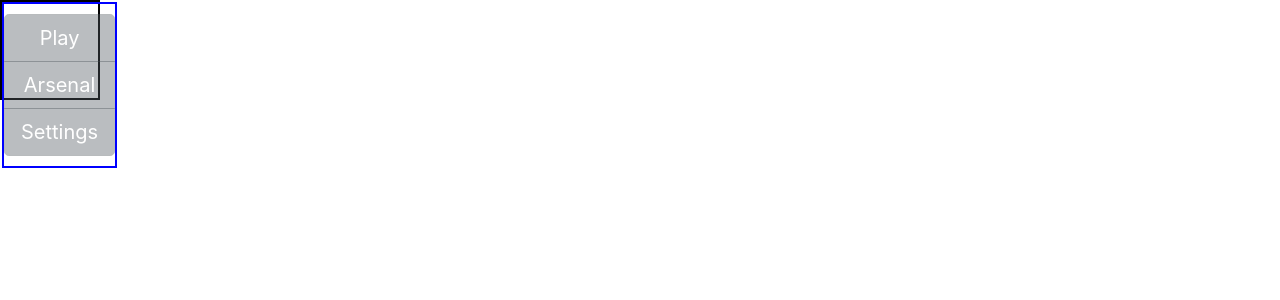
Repository: CoryChesebro/17b-2d-Racer
Page: 2DRacer/workspace/Bootstrap/MainMenu.html
The author's editor kept a record of every edit. The page is drawn from the files as they stood at one moment, then again after the next edit.
The browser window is 1280 px wide. The pictures show the whole page.

Above is the page before.
Console error: TypeError: Cannot read properties of undefined (reading 'fn')

### 2DRacer/workspace/Bootstrap/MainMenu.html
<!DOCTYPE html>

<html lang="en" xmlns="http://www.w3.org/1999/xhtml">
<head>
    <meta charset="utf-8" />
    <title>2D-Racer</title>
    <link rel="stylesheet" href="https://stackpath.bootstrapcdn.com/bootstrap/4.1.3/css/bootstrap.min.css" integrity="sha384-MCw98/SFnGE8fJT3GXwEOngsV7Zt27NXFoaoApmYm81iuXoPkFOJwJ8ERdknLPMO" crossorigin="anonymous">
    <script src="https://stackpath.bootstrapcdn.com/bootstrap/4.1.3/js/bootstrap.min.js" integrity="sha384-ChfqqxuZUCnJSK3+MXmPNIyE6ZbWh2IMqE241rYiqJxyMiZ6OW/JmZQ5stwEULTy" crossorigin="anonymous"></script>
    <link rel="stylesheet" type="text/css" href="MainMenu.css">
</head>
<body>
    <div class = "menu">
        <div class="btn-group-vertical">
            <a href="PlayMenu.html" class="btn btn-secondary btn-lg active" role="button" aria-pressed="true">Play</a>
            <a href="ArsMenu.html" class="btn btn-secondary btn-lg active" role="button" aria-pressed="true">Arsenal</a>
            <a href="SettMenu.html" class="btn btn-secondary btn-lg active" role="button" aria-pressed="true">Settings</a>
        </div>

    </div>
</body>
</html>

### 2DRacer/workspace/Bootstrap/MainMenu.css
.btn{
    opacity: 0.4;
}

.menu{
    position: fixed;
    border: 2px solid black;
    /*background-image: url("desert.gif");*/
    top: 0;
    left: 0px;
    height: 100px;
    width: 100px;

}

.btn-group-vertical{
    border: 2px solid blue;
    padding: 10px 0;
    float: left;
    position: relative;
}

.display{
    padding: 15px 0;
    background-image: url("display.png");
    background-repeat: no-repeat;
    background-size: cover;
    float: right;

}

After the next edit:
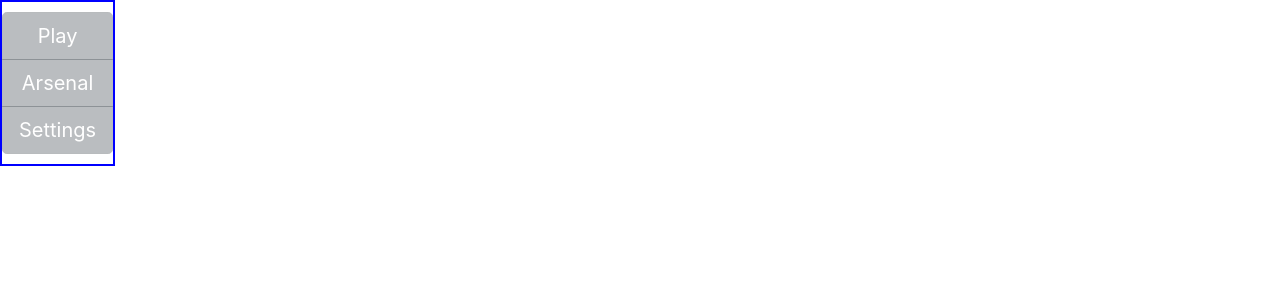
The edit:
--- a/2DRacer/workspace/Bootstrap/MainMenu.css
+++ b/2DRacer/workspace/Bootstrap/MainMenu.css
@@ -3,14 +3,11 @@
 }
 
 .menu{
-    position: fixed;
-    border: 2px solid black;
-    /*background-image: url("desert.gif");*/
-    top: 0;
-    left: 0px;
-    height: 100px;
-    width: 100px;
-
+    position:fixed;
+	top:0;
+	left:0;
+	width:100%;
+	height:100%
 }
 
 .btn-group-vertical{
